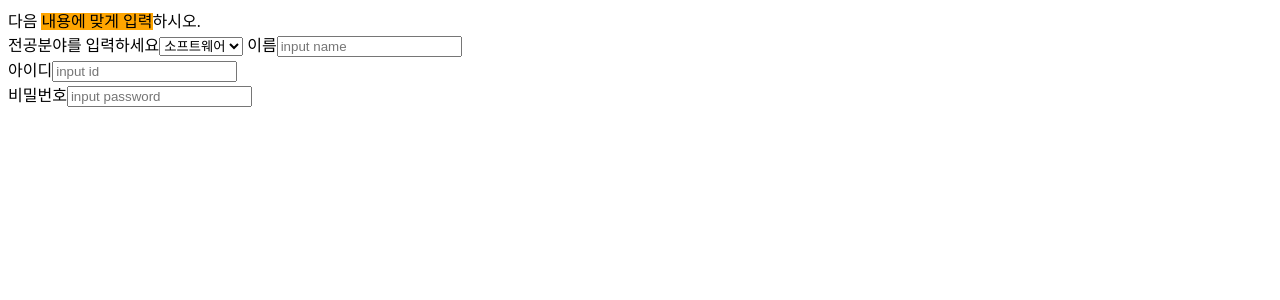
Repository: jwlee0714/HTML
Page: html/quiz-설문조사.html
These files come from the project's save history. The page is drawn as it stood at one moment and after the next save; the edit follows.
The browser window is 1280 px wide. The pictures show the whole page.

Above is the page before, as saved 2021-10-05 08:17:45.

After the next save:
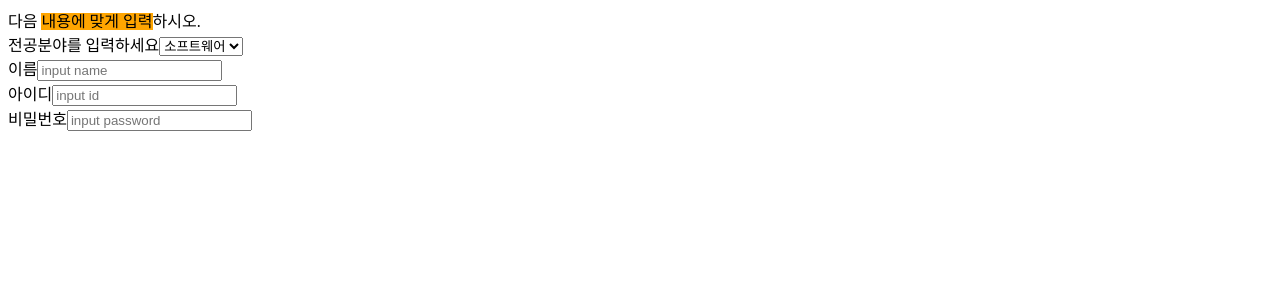
Saved 28 s later.
--- a/html/quiz-설문조사.html
+++ b/html/quiz-설문조사.html
@@ -18,7 +18,7 @@
 			<option value="p2">하드웨어
 			<option value="p3">정보공학<br>
 		</select>
-		이름<input type="text" name ="name" placeholder="input name"><br>
+		<br>이름<input type="text" name ="name" placeholder="input name"><br>
 		아이디<input type="text" name ="id" placeholder="input id"><br>
 		비밀번호<input type="password" name="pwd" placeholder="input password"><br>
 
